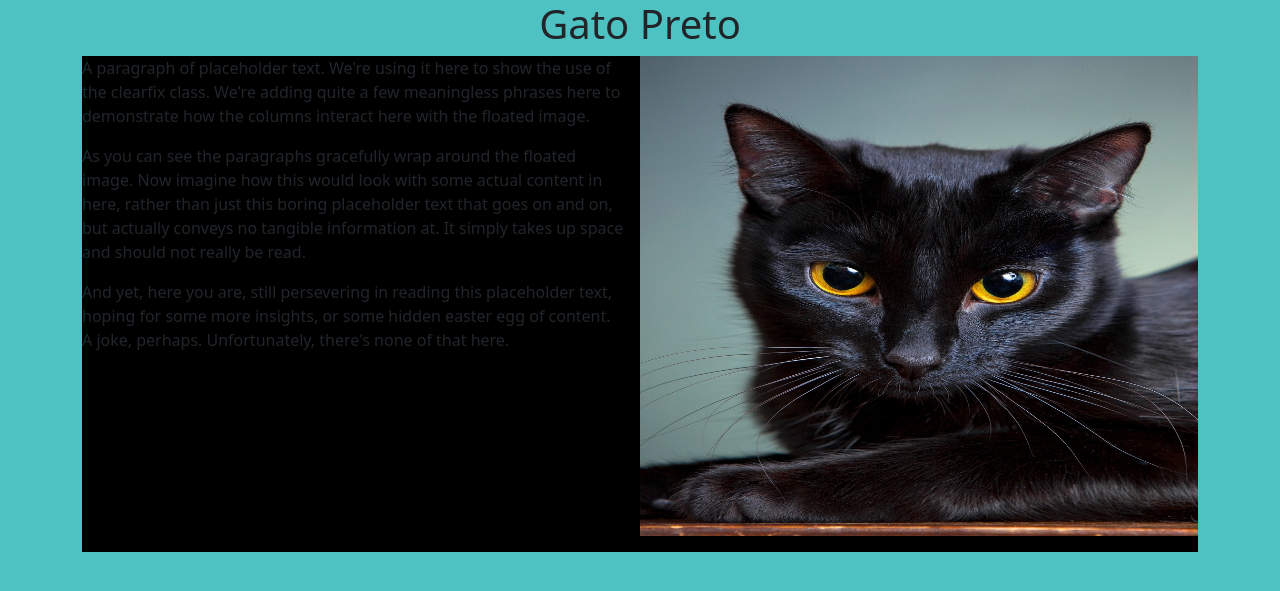
Repository: SktYzu/gatitu
Page: index.html
An editor plug-in stored every save of this project. The page is shown before and after a run of saves, followed by the edit.
The browser window is 1280 px wide. The pictures show the whole page.

Above is the page before, as saved 2023-11-27 15:08:24.

After the next 2 saves:
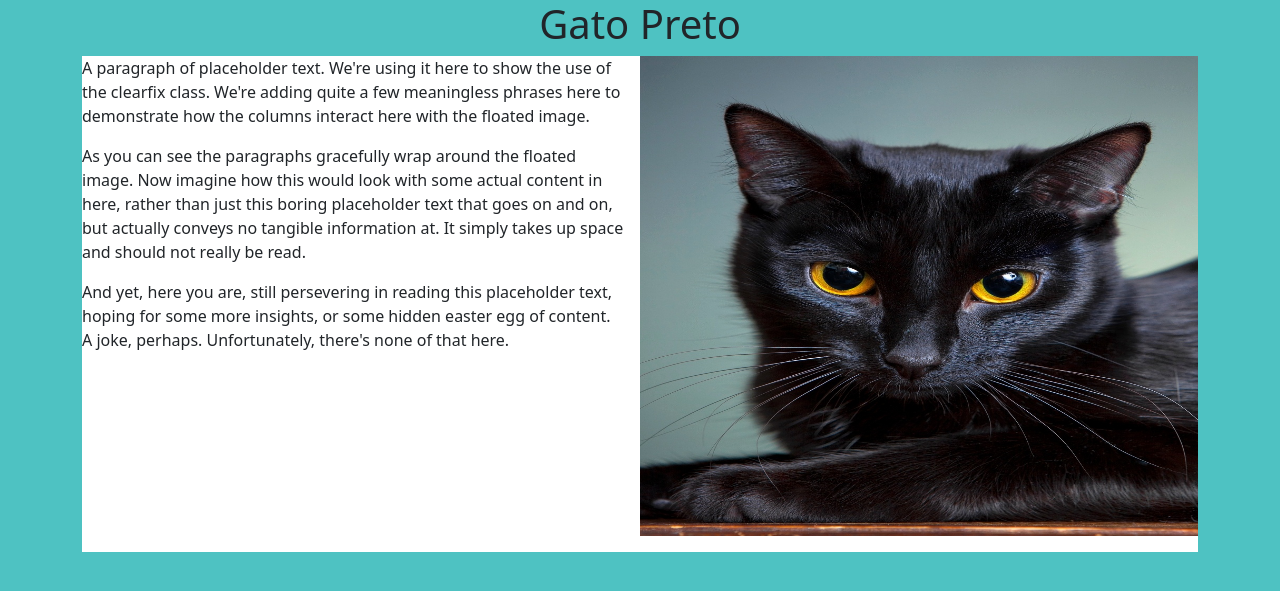
The 2 saves are shown as one change because they came seconds apart.
The last was saved 8 s later.
--- a/index.html
+++ b/index.html
@@ -22,7 +22,7 @@
     <h1 class="container text-center">Gato Preto</h1>
     <div class="container">
 
-        <div class="clearfix bg-black " >
+        <div class="clearfix bg-white" >
             <img src="preto.jpg" class="col-md-6 float-md-end mb-3 ms-md-3" alt="..." height="480px">
 
             <p>
